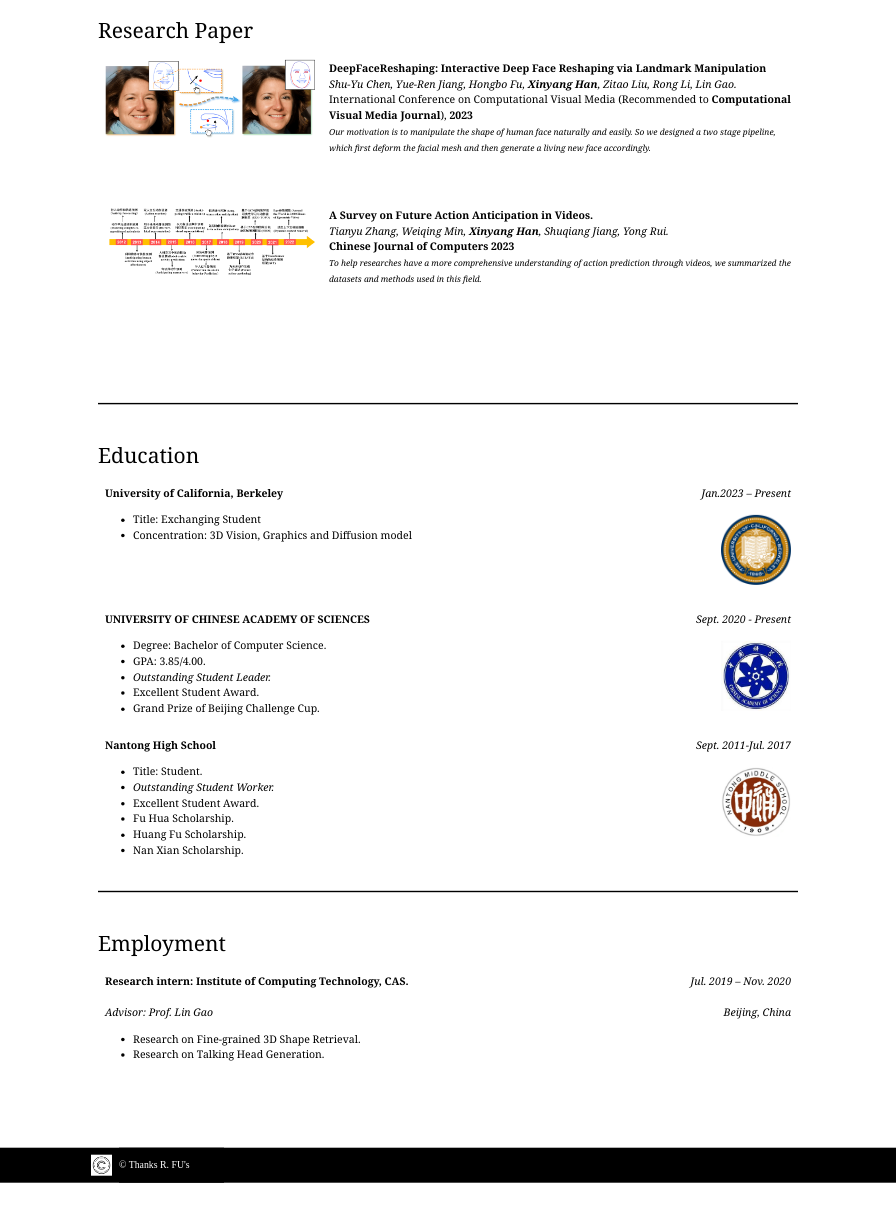
Repository: XinyangHan/XinyangHan.github.io
Page: index.html
The author's editor kept a copy of each file at every save. The page is drawn from the files as they stood at one save, then again after the next save.
The browser window is 1280 px wide. The pictures show the part of the page from y = 661 to 2581 px (the page is 2401 px tall before and 2581 px after), at 70% of full size.

Above is the page before, as saved 2023-02-11 14:37:59.
Console error (its wording comes from the project's code and is left out).

### index.html
<!DOCTYPE html>
<html>

<head>
	<meta charset="utf-8">
	<meta name="keywords" content="Rao FU, Rao FU, Rao Fu Homepage, Rao Fu Webpage, Rao Fu UCAS, Rao Fu Brown">
	<meta name="description" content="Rao FU's homepage">
	<meta name="viewport" content="width=device-width, initial-scale=1">
	<title>Rao FU | Homepage</title>
	<link href="style.css" rel="stylesheet" />
	<style>
	</style>



</head>

<body>
<!-------------------------------------------------- Header -------------------------------------------------->
<div id="header">
	<h1> Xinyang Han </h1>
	<h2>Computer Vision/Computer Graphics/Deep Learning</h2>
</div><!-- Header -->

<!-------------------------------------------------- Navbar -------------------------------------------------->
<div id="nav-wrapper">
<div id="nav">
			<button class="btn active" onclick="window.location.href = './index.html#content_home';">Home</button>
			<button class="btn" onclick="window.location.href = './index.html#content_project';">Research</button>
			<button class="btn" onclick="window.location.href = './index.html#content_exp';">Experience</button>
			<button class="btn" onclick="window.location.href = './resource/My_CV.pdf'; target='_blank'; ">CV</button>
			<button class="btn" onclick="window.location.href = './index.html#c_contact_biography';">Contact</button>
			<!-- <a href="./index.html#content_home" class="active">Home</a>  -->
			<!-- <a href="./index.html#content_project">Research</a> -->
			<!-- <a href="./index.html#content_exp">Experience</a> -->
			<!-- <a href="./resource/MY_CV.pdf">CV</a> -->
			<!-- <a href="./index.html#c_contact_biography">Contact</a> -->
</div> <!-- #nav -->
</div>

<!-------------------------------------------------- Script -------------------------------------------------->
<script>
	// Get the container element
	var btnContainer = document.getElementById("nav");

	// Get all buttons with class="btn" inside the container
	var btns = btnContainer.getElementsByClassName("btn");

	// Loop through the buttons and add the active class to the current/clicked button
	for (var i = 0; i < btns.length; i++) {
	btns[i].addEventListener("click", function() {
		var current = document.getElementsByClassName("active");
		current[0].className = current[0].className.replace(" active", "");
		this.className += " active";
	});
	}
</script>

<!-------------------------------------------------- Content Home-------------------------------------------------->
<div class="content"  id="content_home">

	<div class="c_home_wrapper">
		<div id="c_biography">
			<strong id="c_font1">Hello,</strong><br>
			<span class="c_font2">a bit about me:</span><br>
			<p class="c_font3">
				I am a concurrent student at UC Berkeley, and an undergraduate an UCAS, where I am happy to work with Prof. Lin Gao and Prof. Shuqiang Jiang.
			</p>
			<p class="c_font3">
				My research intereset lies in 3D Generation models and Logical thinking of artificial intelligence.
			</p>
			<p class="c_font3">
				I am passionate about digital art, reading, hiking and making friends.
			</p>
		</div>

		<div id="c_profile">
			<div class="c_thumbnail">
				<img src="img/round_profile.png" id="buttons" alt="profile_button" >
				<div class="overlay">
					<p>
						勿戳！<br>
						Don't poke my cheeks!<br>
						¡no me toques las mejillas! <br>
						मेरे गाल मत दबाओ! <br>
						আমার গালে খোঁচা দিও না! <br>
						não cutuque minhas bochechas! <br>
						не тыкай меня в щеки! <br>
						私の頬をつつかないで！ <br>
						ਮੇਰੀਆਂ ਗੱਲ੍ਹਾਂ ਨੂੰ ਨਾ ਮਾਰੋ! <br>
						唔好戳我嘅脸颊！<br>
						đừng chọc má tôi!<br>
						నా బుగ్గలు కుట్టకు!<br>
						yanaklarımı dürtme!<br>
						내 뺨을 찌르지 마! <br>
						ne touchez pas mes joues!<br>
						stoß mir nicht in die Wangen!<br>
						என் கன்னங்களை குத்தாதே!<br>
						میرے گالوں کو مت مارو!<br>
						ojo nyocot pipiku!<br>
						non toccarmi le guance!<br>
						لا تكز خدي!<br>
					</p>
				</div>
			</div>
		</div>

		<div id="c_info">
			<!-- <strong id="c_font4">And more</strong><br>
			<strong id="c_font4">about me</strong><br> -->
			<span class="c_font2_1"> and more about me... </span><br>
			<!-- CONTENT TODO -->
			<div class="thumbnail">
				<img src="img/email_icon.jpg" id="button0" alt="email_button" >
				<div class="overlay" onclick="window.location.href = 'hanxinyang20a@mails.ucas.ac.cn';" >
					<p>Email to<br>Say Hi</p>
				</div>
			</div> <!-- .thumbnail -->


			<div class="thumbnail">
				<img src="img/cv_icon.jpg" id="button1" alt="cv_button" >
				<div class="overlay"  onclick="window.location.href='./resource/Xinyang_Han_CV.pdf'; " >
					<p>CV/<br>Resume</p>
				</div>
			</div> <!-- .thumbnail -->

			<!-- <div class="thumbnail">
				<img src="img/gs_icon.png" id="button2" alt="google_button" >
				<div class="overlay" onclick="window.location.href = 'https://scholar.google.com/citations?hl=en&user=VWMWQEcAAAAJ';" >
					<p>Google<br>Scholar</p>
				</div>
			</div>  -->

			<div class="thumbnail">
				<img src="img/linkedin_icon.png" id="button3" alt="lkin_icon" >
				<div class="overlay" onclick="window.location.href = 'https://www.linkedin.com/in/xinyang-han-313bba265/;" >
					<p>LinkedIn<br>Profile</p>
				</div>
			</div> <!-- .thumbnail -->

			<div class="thumbnail">
				<img src="img/ucas_button.png" id="button4" alt="ucas_button" >
				<div class="overlay" onclick="window.location.href = 'https://en.wikipedia.org/wiki/University_of_the_Chinese_Academy_of_Sciences/';" >
					<p>B.E.@<br>UCAS</p>
				</div>
			</div> <!-- .thumbnail -->

			<div class="thumbnail">
				<img src="img/Seal_of_University_of_California,_Berkeley.svg.png" id="button5" alt="brown_button">
				<div class="overlay" onclick="window.location.href = 'https://www.berkeley.edu/';" >
					<p>Exchanging student.@<br>UCB
					</p>
				</div>
			</div> <!-- .thumbnail -->

			<!--<div class="thumbnail">
				<img src="img/cat_icon.jpg" id="button6" alt="cat_button">
				<div class="overlay" onclick="window.location.href = 'https://instagram.com/inocchi_mew?r=nametag';" >
					<p>My Cat<br>Inocchi
					</p>
				</div>
			</div>  .thumbnail -->

			<div class="thumbnail">
				<img src="img/art_icon.jpg" id="button6" alt="art_button">
				<div class="overlay" onclick="window.location.href = './index.html#content_home';" >
					<p>Arts<br>Todo...</p>
				</div>
			</div> <!-- .thumbnail -->

		</div>
	</div><!-- Home Wrapper-->

	<div class="clearfloat"></div>
</div><!-- Content Home-->

<!-------------------------------------------------- Content Project -------------------------------------------------->
<div class="content">

	<div class="c_public_wrapper" id="content_project">
		<div class="c_font1_1">Research Paper</div>

		<div class="c_public">
			<div class="disp_wrapper">
				<!-- <a href="./img/HRFormer.png" data-lightbox="project1" data-title="HRFormer2 Structure"> -->
					<img src="./img/DeepFaceReshaping.png" class="project_img" title="ShapeCrafter Structure">
				<!-- </a> -->
				<!-- <p class="small_font">click image for details</p> -->
			</div>
			<strong>DeepFaceReshaping: Interactive Deep Face Reshaping via Landmark Manipulation</strong>
			<br><em>Shu-Yu Chen, Yue-Ren Jiang, Hongbo Fu, <strong>Xinyang Han</strong>, Zitao Liu, Rong Li, Lin Gao. </em>
			<br>International Conference on Computational Visual Media (Recommended to <strong>Computational Visual Media Journal</strong>), <strong>2023</strong></em>
			<br><em class="small_font">Our motivation is to manipulate the shape of human face naturally and easily. So we designed a two stage pipeline, which first deform the facial mesh and then generate a living new face accordingly.</em>
			<!-- <br><a href="https://arxiv.org/abs/2207.09446" class="small_font">[paper]</a>
			<a href="https://ivl.brown.edu/projects/shapecrafter" class="small_font">[project]</a>	-->
		</div>

		<div class="c_public">
			<div class="disp_wrapper">
				<!-- <a href="./img/HRFormer.png" data-lightbox="project1" data-title="HRFormer2 Structure"> -->
					<img src="./img/ai_prediction.png" class="project_img" title="ShapeCrafter Structure">
				<!-- </a> -->
				<!-- <p class="small_font">click image for details</p> -->
			</div>
			<strong>A Survey on Future Action Anticipation in Videos.</strong>
			<br><em>Tianyu Zhang, Weiqing Min, <strong>Xinyang Han</strong>, Shuqiang Jiang, Yong Rui. </em>
			<br><strong>Chinese Journal of Computers 2023</strong></em>
			<br><em class="small_font">To help researches have a more comprehensive understanding of action prediction through videos, we summarized the datasets and methods used in this field.</em>
			<!-- <br><a href="https://arxiv.org/abs/2207.09446" class="small_font">[paper]</a>
			<a href="https://ivl.brown.edu/projects/shapecrafter" class="small_font">[project]</a>	-->
		</div>

	</div>
	<div class="clearfloat"></div>
</div><!-- Content Project-->

<!-------------------------------------------------- Content Experiment-------------------------------------------------->
<div class="content">

	<div class="c_education_wrapper" id="content_exp">
		<div class="c_font1_1">Education</div>

		<div class="c_education">
			<strong>University of California, Berkeley</strong>
			<em class="dates">Jan.2023 – Present</em>
			<div class="clearfloat"></div>
			<div class="logo_wrapper">
				<img class="schoollogo" src="./img/Seal_of_University_of_California,_Berkeley.svg.png" alt="BROWN Logo" />
			</div>
			<ul>
			<li>Title: Exchanging Student</li>
			<li>Concentration: 3D Vision, Graphics and Diffusion model</li>
			</ul>
		</div>

		<div class="c_education">
			<strong>UNIVERSITY OF CHINESE ACADEMY OF SCIENCES</strong>
			<em class="dates">Sept. 2020 - Present</em>
			<div class="clearfloat"></div>
			<div class="logo_wrapper">
				<img class="schoollogo" src="./img/cas_logo.jpg" alt="CAS Logo" />
			</div>
			<ul>
			<li>Degree: Bachelor of Computer Science.</li>
			<li>GPA: 3.85/4.00.</li>
			<!-- <li>Core GPA: 3.82/4.00.</li> -->
			<li><em>Outstanding Student Leader.</em> </li>
			<li><em></em>Excellent Student Award.</em></li>
			<li><em></em>Grand Prize of Beijing Challenge Cup.</em></li>
			</ul>
		</div>

		<!-- <div class="c_education">
			<strong>UNIVERSITY OF SOUTHERN CALIFORNIA</strong>
			<em class="dates">Jan. 2020-May. 2020</em>
			<div class="clearfloat"></div>
			<div class="logo_wrapper">
				<img class="schoollogo" src="./img/usc_logo.png" alt="USC Logo" />
			</div>
			<ul>
			<li>Title: Visiting Student.</li>
			<li>GPA: 4.00/4.00.</li>
			</ul>

		</div> -->

		<div class="c_education">
			<strong>Nantong High School</strong>
			<em class="dates">Sept. 2011-Jul. 2017</em>
			<div class="clearfloat"></div>
			<div class="logo_wrapper">
				<img class="schoollogo" src="./img/nantong.png" alt="USC Logo" />
			</div>
			<ul>
			<li>Title: Student.</li>
			<!-- <li>GPA: 3.9/4.0.</li> -->
			<li><em>Outstanding Student Worker.</em> </li>
			<li><em></em>Excellent Student Award.</em></li>
			<li><em></em>Fu Hua Scholarship.</em></li>
			<li><em></em>Huang Fu Scholarship.</em></li>
			<li><em></em>Nan Xian Scholarship.</em></li>
			</ul>

		</div>
	</div>

	<div class="c_intern_wrapper">
		<div class="c_font1_1">Employment</div>


		<div class="c_intern">
				<strong>Research intern: Institute of Computing Technology, CAS.</strong>
					<em class="dates">Jul. 2019 – Nov. 2020</em>
				<br><br><em>Advisor: Prof. Lin Gao</em> <em class="dates">Beijing, China</em>
				<ul>
					<li>Research on Fine-grained 3D Shape Retrieval.</li>
					<li>Research on Talking Head Generation.</li>
				</ul>
		</div>
	</div>

	<div class="clearfloat"></div>

</div><!-- Content Experiment-->

<!-------------------------------------------------- Content Contact-------------------------------------------------->
<!--<div class="content">
	<div class="c_contact_wrapper">
	<!-- 	<div id="c_contact_biography">
			<span class="c_font1_1">Contact me:</span><br>
			<p class="c_font3">
			Email: <a href="mailto:rao_fu@brown.edu">rao_fu@brown.edu</a>
			</p>
			<p class="c_font3">
			Mail: Brown University Box 1910, Providence, RI 02912
			</p>
		</div> -->

		<!--<div id="c_contact_profile">
			<span class="c_font1_1">Buy me a Boba:</span><br>
			<p class="c_font3">
			If you like my homepage and think it's useful, welcome to buy me a Boba via Wechat or Paypal down here:
			</p>
			<div id="c_contact_thumbnail_1">
			</div>
			<div id="c_contact_thumbnail_2">
			</div>
		</div>

		<div class="clearfloat"></div>
	</div><!-- Content Contact Wrapper-->
<!--</div> Content Contact -->


<div class="clearfloat"></div>
<!-------------------------------------------------- Footer -------------------------------------------------->
<div id="footer">
	<!-- <div class="b_thumbnail">
		<img class="b_img" src="img/i3.png" alt="email">
	</div>
	<div class="b_font">
		<a href="mailto:rao_fu@brown.edu">rao_fu@brown.edu</a>
	</div>
	<div class="b_thumbnail">
		<img class="b_img" src="img/i4.png" alt="git">
	</div>
	<div class="b_font">
		<a href="https://github.com/freddierao">github.com/freddierao</a>
	</div>	 -->
	<div class="b_thumbnail">
		<img class="b_img" src="img/i2.png" alt="copyright">
	</div>
	<div class="b_font">
		&copy; Thanks R. FU's template.
	</div>
	<div class="clearfloat"></div>
</div><!-- Footer -->
<script>
window.onscroll = function() {myFunction()};

var navbar = document.getElementById("nav-wrapper");
var sticky = navbar.offsetTop;

function myFunction() {
  if (window.pageYOffset >= sticky) {
    navbar.classList.add("sticky")
  } else {
    navbar.classList.remove("sticky");
  }
}
</script>
</body>
</html>

### style.css
	body{
		margin: 0px;
		background-color: #ffffff;
		/*padding-top:160px;*/
	}
	h1{
		margin: 0px;
		font-family: Times, Times New Roman, serif;
		color: #2e312f;
		font-size: 45px;
	}
	h2{
		margin: 0px;
		font-family: Times, Times New Roman, serif;
		color: #2e312f;
		font-size: 16px;
	}
	#header{
		width: 1000px;
		height: 100px;
		margin-left: auto;
		margin-right: auto;
		margin-top: 10px;
		/*border-bottom: 1px solid black;*/
		text-align: center;
		text-shadow: 1px 5px 10px #000;
		/*position: relative;*/
		/*position: fixed;*/
	}

	.content {
		position: relative;
		width: 1000px;
		line-height:1.5;
		margin-left: auto;
		margin-right: auto;
		margin-bottom: 30px;
		margin-top: 30px;
	}

	.content_home {
		position: relative;
		width: 1000px;
		line-height:1.5;
		margin-left: auto;
		margin-right: auto;
		margin-bottom: 30px;
		margin-top: 30px;
	}

	.content_edu {
		position: relative;
		width: 1000px;
		line-height:1.5;
		margin-left: auto;
		margin-right: auto;
		margin-bottom: 30px;
		margin-top: 30px;
	}

	.content_project {
		position: relative;
		width: 1000px;
		line-height:1.5;
		margin-left: auto;
		margin-right: auto;
		margin-bottom: 30px;
		margin-top: 30px;
	}

	#footer {
		/*height:50px;			*/
		background-color: black;
		color: #ffffff;
		text-align: left;
		font-size:1em;
		line-height:50px;
		padding:0px 120px;
	}

	#footer a:link {
		color: #ffffff;
		background-color: transparent;
		/* text-decoration: none; */
	}

	#footer a:visited {
		color: #ffffff;
		background-color: transparent;
		/* text-decoration: none; */
	}
	.clearfloat {
		clear: both;
	}

	#c_biography{
		margin-top: 0px;
		margin-bottom: 0px;
		margin-left: 0px;
		margin-right: 0px;
		padding-left: 10px;
		padding-right: 10px;
		width: 580px;
		height: 300px;
		float: left;
		/* background-color: red; */
	}

	#c_biography a:link {
		color: #990000;
		background-color: transparent;
		/* text-decoration: none; */
	}

	#c_biography a:visited {
		color: #990000;
		background-color: transparent;
		/* text-decoration: none; */
	}

	#c_contact_biography{
		margin-top: auto;
		margin-bottom: 0px;
		margin-left: 10px;
		margin-right: 10px;
		padding-top: 50px;
		width: 400px;
		height: 320px;
		float: left;
		/* background-color: red; */
	}


	#c_contact_biography a:link {
		color: #990000;
		background-color: transparent;
		/* text-decoration: none; */
	}

	#c_contact_biography a:visited {
		color: #990000;
		background-color: transparent;
		/* text-decoration: none; */
	}

	#c_profile{
		margin-top: 0px;
		margin-bottom: 0px;
		margin-left: 0px;
		margin-right: 0px;
		width: 400px;
		height: 300px;
		float: left;
		/* background-color: green; */
	}

	#c_contact_profile{
		margin-top: auto;
		margin-bottom: 40px;
		padding-top: 10px;
		padding-left: 10px;
		padding-right: 10px;
		width: 980px;
		height: 320px;
		float: left;
		/* background-color: green; */
	}

	#c_info{
		margin-top: 0px;
		margin-bottom: 0px;
		margin-left: 0px;
		margin-right: 0px;
		padding-left: 20px;
		padding-right: 20px;
		width: 960px;
		height: 100px;
		float: right;
		/* background-color: blue; */
	}

	/* #c_thumbnail {
		background-image: url('img/profile.jpg');
		width: 300px;
		height: 300px;
		background-position: right;
		background-size: cover;
		float: left;
		border: 0px solid #000;
		border-radius: 50%;
		overflow: hidden;
	} */

	#c_contact_thumbnail_1 {
		background-image: url('img/donate.jpg');
		width: 200px;
		height: 200px;
		margin: 10px;
		background-position: right;
		background-size: cover;
		float: left;
		border: 2px solid #ffffff;
		border-radius: 50%;
		overflow: hidden;
	}

	#c_contact_thumbnail_2 {
		background-image: url('img/donate_paypal.jpg');
		width: 200px;
		height: 200px;
		margin: 10px;
		background-position: right;
		background-size: cover;
		float: left;
		border: 2px solid #ffffff;
		border-radius: 0%;
		overflow: hidden;
	}

	.c_education_wrapper, .c_intern_wrapper, .c_public_wrapper, .c_project_wrapper, .c_contact_wrapper{
		border-top: 2px solid black;
	}

	.c_home_wrapper, .c_contact_wrapper{
		margin-top: 20px;
		margin-bottom: auto;
		margin-right: auto;
		margin-left: auto;
		width: 1000px;
		float: left;
	}
	.c_education_wrapper, .c_intern_wrapper{
		margin-top: auto;
		margin-right: auto;
		margin-left: auto;
		padding-top: 50px;
		padding-bottom: 50px;
		width: 1000px;
		float: left;
	}

	.c_education, .c_intern{
		padding-top: 10px;
		padding-left: 10px;
		padding-right: 10px;
		width: 980px;
		height: 160px;
		margin-top: 10px;
		margin-bottom: 10px;
		margin-right: auto;
		margin-left: auto;
		background-color:#ffffff;
		font-size: 15px;
		font-family:Georgia, serif;
		/*background-color: green;*/
	}

	.c_public_wrapper, .c_project_wrapper{
		margin-top: auto;
		margin-right: auto;
		margin-left: auto;
		padding-top: 50px;
		padding-bottom: 50px;
		width: 1000px;
		float: left;
	}

	.c_public, .c_project{
		padding-top: 10px;
		padding-left: 10px;
		padding-right: 10px;
		padding-bottom: 10px;
		margin-top: 10px;
		margin-bottom: 10px;
		margin-right: auto;
		margin-left: auto;
		width: 980px;
		height: 180px;
		background-color:#ffffff;
		line-height: 1.5;
		font-size: 15px;
		font-family:Georgia, serif;
	}

	#c_font1{
		font-size: 40px;
	}

	.c_font1_1{
		font-size: 30px;
		font-family:Georgia, serif;
	}

	.c_font2{
		font-size: 20px;
	}
	.c_font2_1{
		font-size: 18px;
	}
	.c_font3{
		font-size: 15px;
		font-family:Georgia, serif;
	}
	#c_font4{
		color: #0000;
		font-size: 40px;
	}

	#buttons{
		height: auto;
		width: 100%;
	}
	#button0{
		height: auto;
		width: 100%;
	}
	#button1{
		height: auto;
		width: 100%;
	}
	#button2{
		height: 100%;
		width: auto;
	}
	#button3{
		height: 100%;
		width: auto;
		background-position: center;
	}
	#button4{
		height: 100%;
		width: auto;
	}
	#button5{
		height: 100%;
		width: auto;

	}
	#button6{
		height: 100%;
		width: auto;
	}

	#nav-wrapper {
		background-color: #ffffff;

/*			top: 0px;
		left: 0px;
		right: 0px;*/
		z-index: 1;
	}

	#nav {
		width: 500px;
		margin-left: auto;
		margin-right: auto;
/*			margin-bottom: 30px;*/
		padding: 0px 250px;
		font-size:0;
		background-color: black;
		z-index: 1;
	}

	#nav a {
		text-decoration: none;
		background-color: black;
		width: 100px;
		height: 40px;
		line-height: 40px;
		display: inline-block;
		text-align: center;
		color: white;
		font-size:14px;
	}

	#nav a:hover {
		background-color: #2e312f;
		color: white;
	}

	#nav a.active {background-color:maroon;color:#ffffff;}

	.btn {
		border: none;
		outline: none;
		cursor: pointer;
		text-decoration: none;
		background-color: black;
		width: 100px;
		height: 40px;
		line-height: 40px;
		display: inline-block;
		text-align: center;
		color: white;
		font-size:14px;
	  }

	.btn:hover {
		background-color:maroon;
		color:#ffffff;
	}

	.active {
		background-color:maroon;
		color:#ffffff;
	}

	.dates{
		float:right;
	}
	.logo_wrapper{
		margin-top: 20px;
		float:right;
	}
	.schoollogo{
		width:auto;
		height: 100px;
	}

	.disp_wrapper{
		/*margin-top: 20px;*/
		width: 360;
		height: 300;
		float:left;
		text-align: center;
		margin: 0px 20px 0px 0px;
	}

	.project_img{
		width:300px;
		height: auto;
	}
	.project_img2{
		width: auto;
		height: 200px;
	}

	.small_font{
		font-size: 0.8em;
		line-height: 0.4;
	}

	.dates{
		float:right;
	}

	.b_thumbnail{
		float: left;
		background-color: white;
		width: 30px;
		height: 30px;
		margin: 10px 10px;
		background-position: center;
		background-size: cover;
	}
	.b_img{
		height: 100%;
		width: auto;
	}
	.b_font{
		float: left;
		height: 50px;
		width: 150px;
		margin: 0px 50px 0px 0px;
		font-size: 14px;
		background-color: black;
	}

	.thumbnail {
		background-color: #ffffff;
		width: 60px;
		height: 60px;
		float: left;
		margin:5px;
/*		border: 1px solid #000;*/
		overflow: hidden;
		border-radius: 50%;
		/* add relative position */
		position:relative;
		text-align: center;
		color: white;
		font-size: 0.6em;
		cursor: pointer;

	}
	.thumbnail p {
		margin-top:12px;

	}

	.overlay {
		/*background:#000; */
		background-color: rgba(0, 0, 0, 0.6);
		color:#ffffff;
		position:absolute;
		top:0;
		left:0px;
		right:0px;
		bottom:0px;
		text-align:center;
		visibility:hidden;
		/*padding-top:35%;*/
	}
		/* Add the overlay hover effect */
	.thumbnail:hover .overlay {
		visibility:visible;
	}
	.c_thumbnail {
		background-color: #ffffff;
		width: 300px;
		height: 300px;
		float: left;
		margin:0px;
/*		border: 1px solid #000;*/
		overflow: hidden;
		border-radius: 50%;
		/* add relative position */
		position:relative;
		text-align: center;
		color: white;
		font-size: 0.6em;
		cursor: pointer;
	}
	.c_thumbnail p {
		margin-top:0px;

	}
	.c_thumbnail:hover .overlay  {
		visibility:visible;
	}
	.sticky {
	  position: fixed;
	  top: 0;
	  width: 100%;
	}

	.sticky + .content {
	  padding-top: 60px;
	}

	@media (max-width:991px) {
		#header, #content, .c_education_wrapper, .c_intern_wrapper,.c_education, .c_intern, .c_public_wrapper, .c_project_wrapper, .c_public, .c_project {width:auto; margin-left: 5%;margin-right: 5%;}
		#nav{width:25%;}
		.b_font,.b_thumbnail{width: 100%; margin: 0px;}
		#footer{
			width: auto;
		}
	}

	/* Mobile – Screen Sizes ≤ 767px */

	@media (max-width:767px) {
		body {padding:0;}
		#nav {position:static; width:25%;}

	}

After the next save:
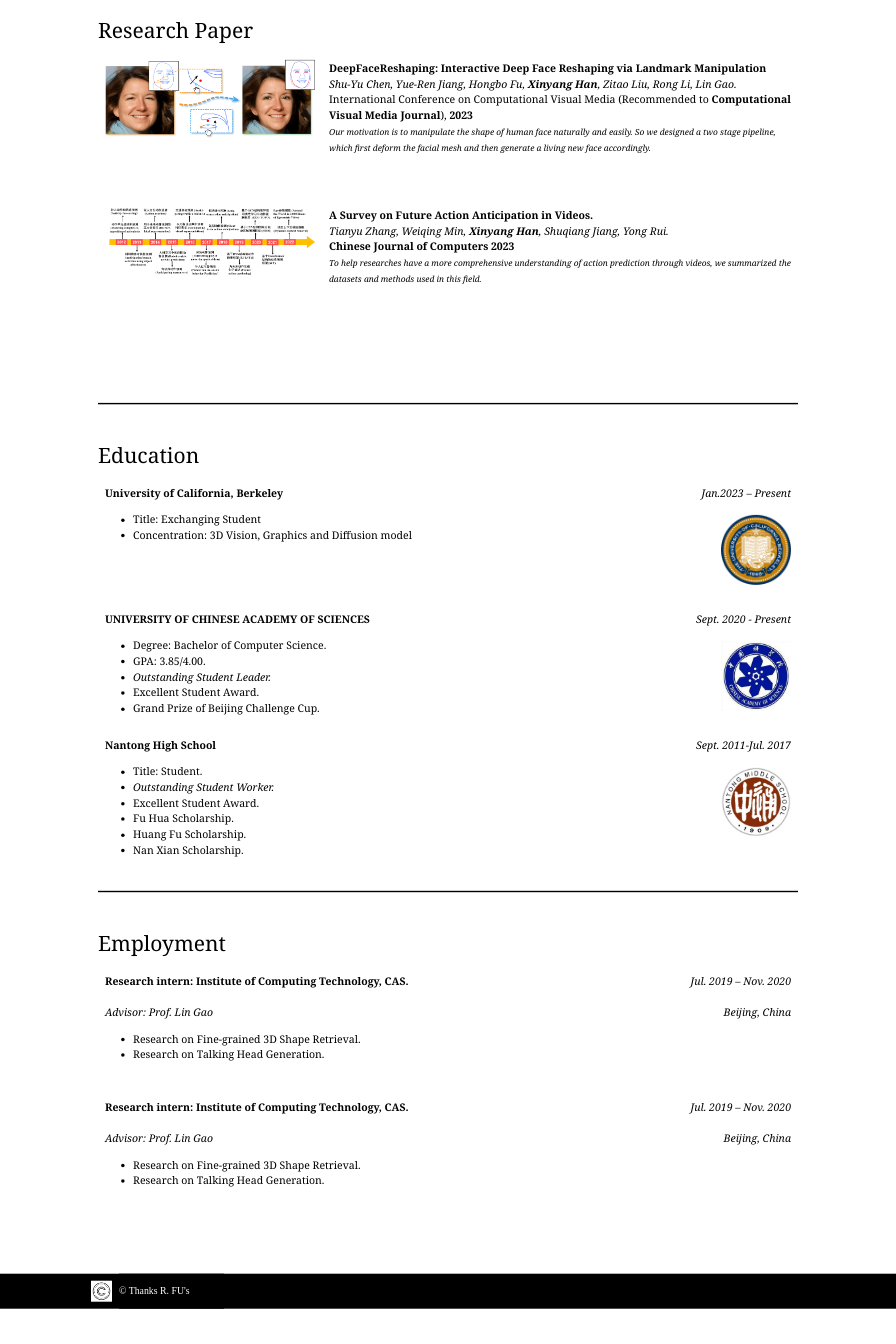
Saved 10 s later.
--- a/index.html
+++ b/index.html
@@ -298,6 +298,16 @@
 					<li>Research on Talking Head Generation.</li>
 				</ul>
 		</div>
+
+		<div class="c_intern">
+			<strong>Research intern: Institute of Computing Technology, CAS.</strong>
+				<em class="dates">Jul. 2019 – Nov. 2020</em>
+			<br><br><em>Advisor: Prof. Lin Gao</em> <em class="dates">Beijing, China</em>
+			<ul>
+				<li>Research on Fine-grained 3D Shape Retrieval.</li>
+				<li>Research on Talking Head Generation.</li>
+			</ul>
+	</div>
 	</div>
 
 	<div class="clearfloat"></div>
